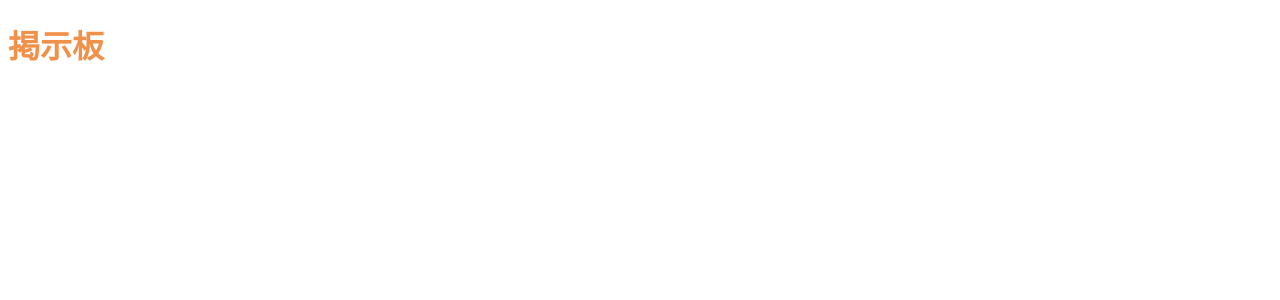
Repository: KustomApe/LandorusInc
Page: index.html
An editor plug-in stored every save of this project. The page is shown before and after the next save, followed by the edit.
The browser window is 1280 px wide. The pictures show the whole page.

Above is the page before, as saved 2021-06-26 14:23:00.

After the next save:
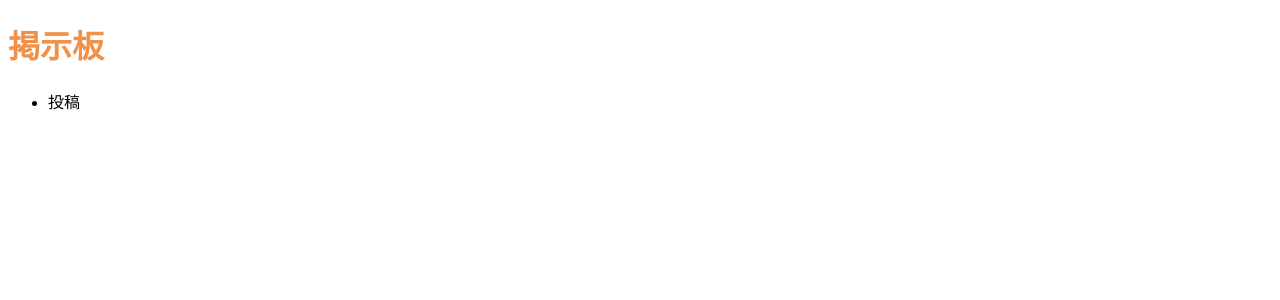
Saved 54 min 53 s later.
--- a/index.html
+++ b/index.html
@@ -9,7 +9,10 @@
 </head>
 <body>
 <h1>掲示板</h1>
+<ul>
+    <li>投稿</li>
 
+</ul>
 
 </body>
 </html>
